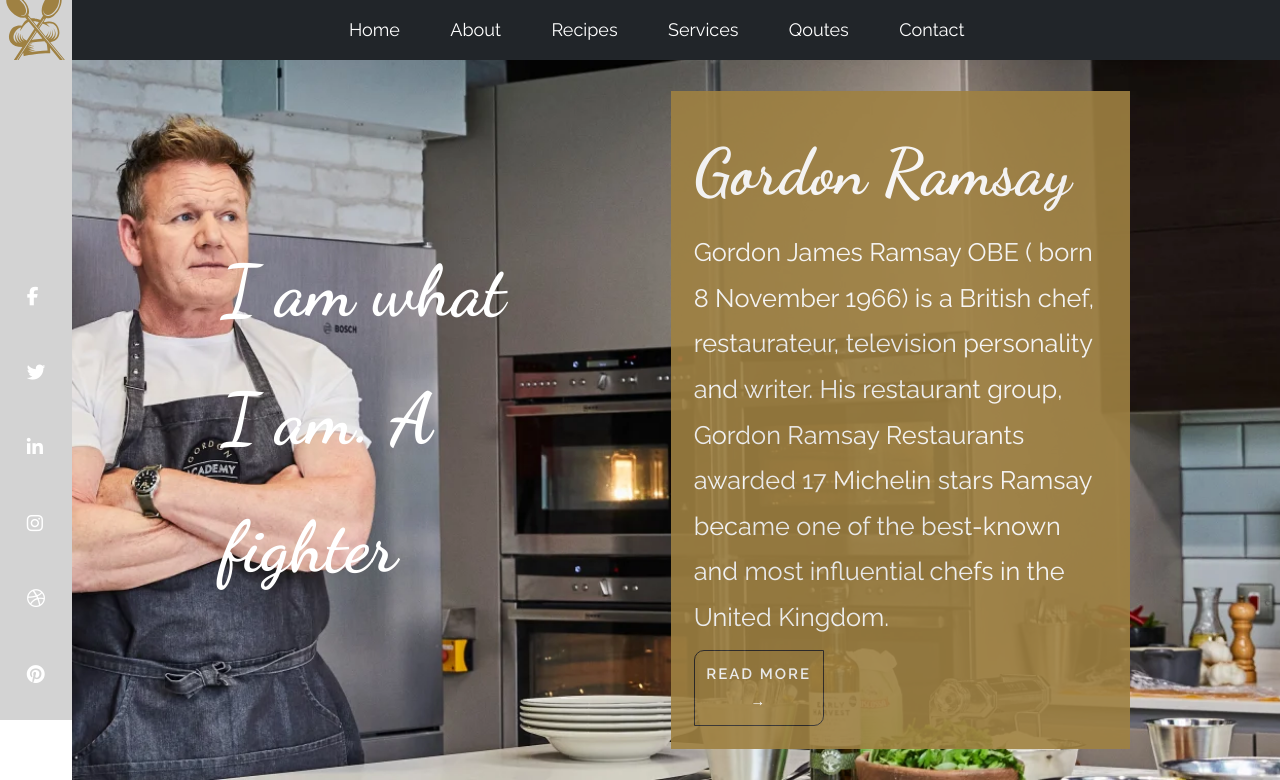
Repository: Esraa22M/Gordon-Ramsay-Biography
Page: index.html
The author's editor kept a copy of each file at every save. The page is drawn from the files as they stood at one save, then again after the next save.
The browser window is 1280 px wide. The pictures show the whole page.
Backgrounds fixed to the window are drawn as part of the page. Some web libraries are served in a nearby version.

Above is the page before, as saved 2022-12-13 16:40:10.

### index.html
<!DOCTYPE html>
<html lang="en">

<head>
    <meta charset="UTF-8">
    <meta http-equiv="X-UA-Compatible" content="IE=edge">
    <meta name="viewport" content="width=device-width, initial-scale=1.0">
    <title>Gordon-Ramsay-Biography
    </title>
    <!-- google fonts -->
    <link rel="preconnect" href="https://fonts.googleapis.com">
    <link rel="preconnect" href="https://fonts.gstatic.com" crossorigin>
    <link
        href="https://fonts.googleapis.com/css2?family=Dancing+Script:wght@400;500;600;700&family=Raleway:ital,wght@0,100;0,200;0,300;0,400;0,500;0,600;0,700;0,800;0,900;1,100;1,200;1,300;1,400;1,500;1,600;1,700;1,800;1,900&display=swap"
        rel="stylesheet">
    <link href="https://fonts.googleapis.com/css2?family=Dancing+Script:wght@400;500;600;700&display=swap"
        rel="stylesheet">

    <!-- external style -->
    <link rel="stylesheet" href="style.css" />
    <!-- fontawsome -->
    <script src="https://kit.fontawesome.com/8684e53235.js" crossorigin="anonymous"></script>
    <!-- scripts -->
    <script src="main.js" defer></script>
</head>

<body>
    <!-- Asidebar Nav-->
    <aside id="aside-nav">
        <div class="aside--nav__content">
            <img src="./img/chef-logo.svg" alt="side Navbar logo" class="aside--nav__content__logo">

            <nav class="aside-nav__content__nav" role="side nav">
                <ul class="aside--nav__content__nav--social">
                    <li><a href="#"><i class="fab fa-facebook-f"></i></a></li>
                    <li><a href="#"><i class="fab fa-twitter"></i></a></li>
                    <li><a href="#"><i class="fab fa-linkedin-in"></i></a></li>
                    <li><a href="#"><i class="fab fa-instagram"></i></a></li>
                    <li><a href="#"><i class="fab fa-dribbble"></i></a></li>
                    <li><a href="#"><i class="fa-brands fa-pinterest"></i></a></li>
                </ul>
            </nav>
        </div>
    </aside>
    <!-- Main Content -->
    <main>
        <header id="header">
            <div class="primary-nav-container">
                <!-- hamburger icon -->
                <div class="header__primary-nav--hamburger">
                    <div class="line line-1"></div>
                    <div class="line line-2"></div>
                    <div class="line line-3"></div>
                </div>
                <!-- Primary Nav -->
                <nav id="header__primary-nav">

                    <ul class="header__primary-nav-links">
                        <li class="header__primary-nav-links--link-item"><a href="#"
                                class="header__primary-nav--nav-link">Home</a></li>
                        <li class="header__primary-nav-links--link-item"><a href="#"
                                class="header__primary-nav--nav-link">About</a></li>
                        <li class="header__primary-nav-links--link-item"><a href="#"
                                class="header__primary-nav--nav-link">Recipes</a></li>
                        <li class="header__primary-nav-links--link-item"><a href="#"
                                class="header__primary-nav--nav-link">Services</a></li>
                        <li class="header__primary-nav-links--link-item"><a href="#"
                                class="header__primary-nav--nav-link">Qoutes</a></li>
                        <li class="header__primary-nav-links--link-item"><a href="#"
                                class="header__primary-nav--nav-link">Contact</a></li>
                    </ul>
                </nav>
            </div>
        </header>
        <!-- hero section -->
        <section id="show-case">
            <h1 class="show-case__word">I am what I am. A fighter</h1>
            <div class="show-case__content">
                <h1 class="show-case__content-title"> Gordon Ramsay
                </h1>
                <p class="show-case__content--bio">Gordon James Ramsay OBE ( born 8 November 1966) is a British chef,
                    restaurateur, television personality and
                    writer. His restaurant group, Gordon Ramsay Restaurants awarded 17
                    Michelin stars
                    Ramsay became one of the best-known and most influential chefs in the United Kingdom.
                </p>
                <a href="#" class="show-case__content--link">Read More &#8594
                </a>
            </div>
        </section>
    </main>
</body>

</html>

### style.css
*,
*::after,
*::before {
  box-sizing: border-box;
  margin: 0;
  padding: 0;
}
/* utility components */
:root {
  font-size: 62.5%;
  /* colors */
  --clr-neutral-200: rgb(47, 45, 45);
  --clr-neutral-100: #212529;
  --clr-light: #ffff;
  --clr-primary: rgb(159, 129, 66);
  --ff-primary: "Raleway", sans-serif;

  --ff-secondary: "Dancing Script", cursive;
}
body {
  font-family: var(--ff-primary);
  line-height: 1.8;
  display: flex;
  width: 100vw;
}
ul {
  list-style: none;
}
a:link,
a:visited {
  text-decoration: none;
  cursor: pointer;
  color: var(--clr-light);
}
/* -------------------Main Styling-------*/

/* ---side nav-- */
#aside-nav {
  position: sticky;
  top: 0;
  left: 0;
  height: 100vh;
}
.aside--nav__content {
  height: 100vh;
  display: flex;
  flex-direction: column;
  justify-content: space-between;
  background-color: lightgray;
  align-items: center;
}
.aside--nav__content__logo {
  width: calc(3vw + 3vh);
  height: calc(3vw + 3vh);
  object-fit: cover;
}
.aside-nav__content__nav {
  height: 100%;
  display: flex;
  flex-direction: column;
  align-items: center;
  padding: calc(0.3em + 0.4vw);
  justify-content: flex-end;
}
.aside--nav__content__nav--social {
  list-style: none;
}

.aside--nav__content__nav--social a i {
  font-size: calc(1rem + 0.666vw);
  color: var(--clr-light);
  margin: calc(2rem + 0.666vw) calc(1rem + 0.666vw);
  transition: color 0.3s cubic-bezier(0.075, 0.82, 0.165, 1);
}

.aside--nav__content__nav--social a i:hover,
.aside--nav__content__nav--social a i:focus-within,
.aside--nav__content__nav--social a i:active {
  color: var(--clr-primary);
}
/* Main content */
main {
  flex: 1;
}
/* ---Primary Nav ---*/
header#header {
  background-color: var(--clr-neutral-100);
  width: 100%;
}
:where(#header__primary-nav) {
  height: calc(3vw + 3vh);
  width: 100%;
}
.header__primary-nav-links {
  display: flex;
  height: 100%;
  justify-content: center;
  align-items: center;
}
.header__primary-nav-links .header__primary-nav-links--link-item {
  padding-right: 3vw;
}
.header__primary-nav--nav-link {
  font-size: 1.8rem;
  text-transform: capitalize;
  position: relative;
  padding: 0.2rem 0.6rem;
}
.header__primary-nav--nav-link:link::before,
.header__primary-nav--nav-link:visited::before,
.header__primary-nav--nav-link:link::after,
.header__primary-nav--nav-link:visited::after {
  content: "";
  position: absolute;
  left: 0;
  width: 100%;
  height: 0.25rem;
  background-color: var(--clr-primary);
  transform: scaleX(0);
  transition: transform 0.6s cubic-bezier(1, 0, 0, 1);
}
.header__primary-nav--nav-link:link::before,
.header__primary-nav--nav-link:visited::before {
  top: 0;
  transform-origin: right;
}
.header__primary-nav--nav-link:link::after,
.header__primary-nav--nav-link:visited::after {
  bottom: 0;
  transform-origin: left;
}
.header__primary-nav--nav-link:hover::before,
.header__primary-nav--nav-link:active::before,
.header__primary-nav--nav-link:hover::after,
.header__primary-nav--nav-link:active::after {
  transform: scaleX(1);
}
/*-------------showcase section---------------*/
section#show-case {
  background-image: url("./img/GRA_Gordon_010921.webp");
  background-size: cover;
  object-fit: cover;
  background-attachment: fixed;
  background-position: center;
  height: 100vh;
  color: var(--clr-light);
  display: flex;
  justify-content: space-evenly;
  align-items: center;
}
.show-case__content {
  background-color: var(--clr-primary);
  opacity: 0.9;
  padding: calc(1rem + 1vw);
  min-height: calc(5rem + 20vmax);
  width: calc(5rem + 32vmax);
  display: flex;
  flex-direction: column;
  justify-content: space-between;
  animation: hero 2s ease-in-out;
}
@keyframes hero{
  0%{
    transform:  translateX(-60rem) rotate(369deg);
    opacity: 0;
  }
  100%{
    transform: translateX(0);
    opacity: 1;
  }
}
.show-case__word {
  width: 30rem;
  font-size: calc(2rem + 4vw);
}
.show-case__content-title {
  font-size: calc(2rem + 3.5vw);
}
.show-case__content-title,
.show-case__word {
  font-family: var(--ff-secondary);
}
.show-case__content--bio {
  font-size: calc(1.25rem + 1vw);
}
.show-case__content--link:visited,
.show-case__content--link:link {
  padding: 1rem  0.5rem;
  transition: all 0.5s ease-in-out;
  width: 13rem;
  text-align: center;
    margin-top: 1rem;

  text-transform: uppercase;
  font-size: 1.5rem;
  position: relative;
  border: 1px solid var(--clr-neutral-200);
  border-bottom-right-radius: 1rem 1rem;
  border-top-left-radius: 1rem 1rem;
  font-weight: 600;
  letter-spacing: 0.2rem;
}
.show-case__content--link:visited::after,
.show-case__content--link:link::after {
  content: "";
  position: absolute;
  z-index: -2;
  inset: 0;
  background-color: var(--clr-neutral-200);
  transform: scaleX(0);
  transform-origin: right;
  transition: transform 0.4s;
}
.show-case__content--link:visited:hover,.show-case__content--link:link:hover
{
  border-radius: unset;
  border: unset;
}
.show-case__content--link:hover::after,
.show-case__content--link:active::after {
  transform: scaleX(1);
    transform-origin: left;

}
@media screen and (max-width: 950px) { /*showcase section**/
    section#show-case {
    background-image: url(./img/GRA_Gordon.png);
    justify-content: space-evenly;
    align-items: center;
    flex-direction: column;
  }
}
/* max width (610px) */
@media screen and (max-width: 610px) {
  .primary-nav-container {
    position: relative;
  }
  :where(#header__primary-nav) {
    width: 30rem;
    height: 100%;
    position: fixed;
    background-color: var(--clr-neutral-200);
    top: 0;
    right: 0;
    z-index: 100;
    opacity: 0;
    text-align: center;
  }
  .main__nav--position {
    opacity: 1;
  }
  .header__primary-nav-links {
    flex-direction: column;
    align-items: flex-start;
  }

  /* .header__primary-nav-links::after {
    content: "";
    position: absolute;
    height: 50%;
    width: 50%;
    opacity: 0.8;
    z-index: -1;
    border-radius: 10px 5% / 20px 25em 30px 35em;

    background-color: var(--clr-neutral-100);
    box-shadow: 0 0 0.3rem 0.1rem var(--clr-primary);
    left: 2rem;
  } */

  .header__primary-nav-links :where(.header__primary-nav-links--link-item) {
    margin-bottom: 4vh;
    margin-left: 6vw;
    opacity: 0;
  }

  .header__primary-nav--hamburger {
    width: 5rem;
    height: 5rem;
    position: fixed;
    z-index: 200;
    top: 2rem;
    right: 3rem;
    background-color: var(--clr-neutral-200);
    cursor: pointer;
    border-radius: 50%;
    padding: 1rem;
    display: flex;
    flex-direction: column;
    justify-content: space-around;
  }
  .line {
    width: 100%;
    height: 0.3rem;
    background-color: var(--clr-light);
    border-radius: 0.2rem;
    transition: all 0.4s ease-in-out;
  }
  .primary-nav-container[aria-expanded="true"] .line-1 {
    transform: rotateZ(-405deg) translate(-1.25rem);
  }
  .primary-nav-container[aria-expanded="true"] .line-2 {
    opacity: 0;
  }
  .primary-nav-container[aria-expanded="true"] .line-3 {
    transform: rotateZ(45deg) translate(-1.5rem);
  }
  .fade {
    opacity: 1;
  }
    section#show-case {
    align-items: center;
    background-position: 10%;
  }
}

### main.js
/*----------primary nav------------*/
const mainNavContainer = document.querySelector(".primary-nav-container");
const hamburgerContainer = document.querySelector("#header__primary-nav");
const hamburger = document.querySelector(".header__primary-nav--hamburger");
const links = document.querySelectorAll(".header__primary-nav-links li");
let handleMainNavbarExpantion = function () {
  hamburgerContainer.classList.contains("main__nav--position")
    ? mainNavContainer.setAttribute("aria-expanded", false)
    : mainNavContainer.setAttribute("aria-expanded", true);
  hamburgerContainer.classList.toggle("main__nav--position");
  links.forEach((link, i) => {
    link.style.transition = `all 0.5s ease-in-out ${i * 0.2 + 0.2}s`;
    link.classList.toggle("fade");
  });
};
hamburger.addEventListener("click", handleMainNavbarExpantion);

Loaded but not shown: img/chef-logo.svg (8 lines, source omitted)

After the next save:
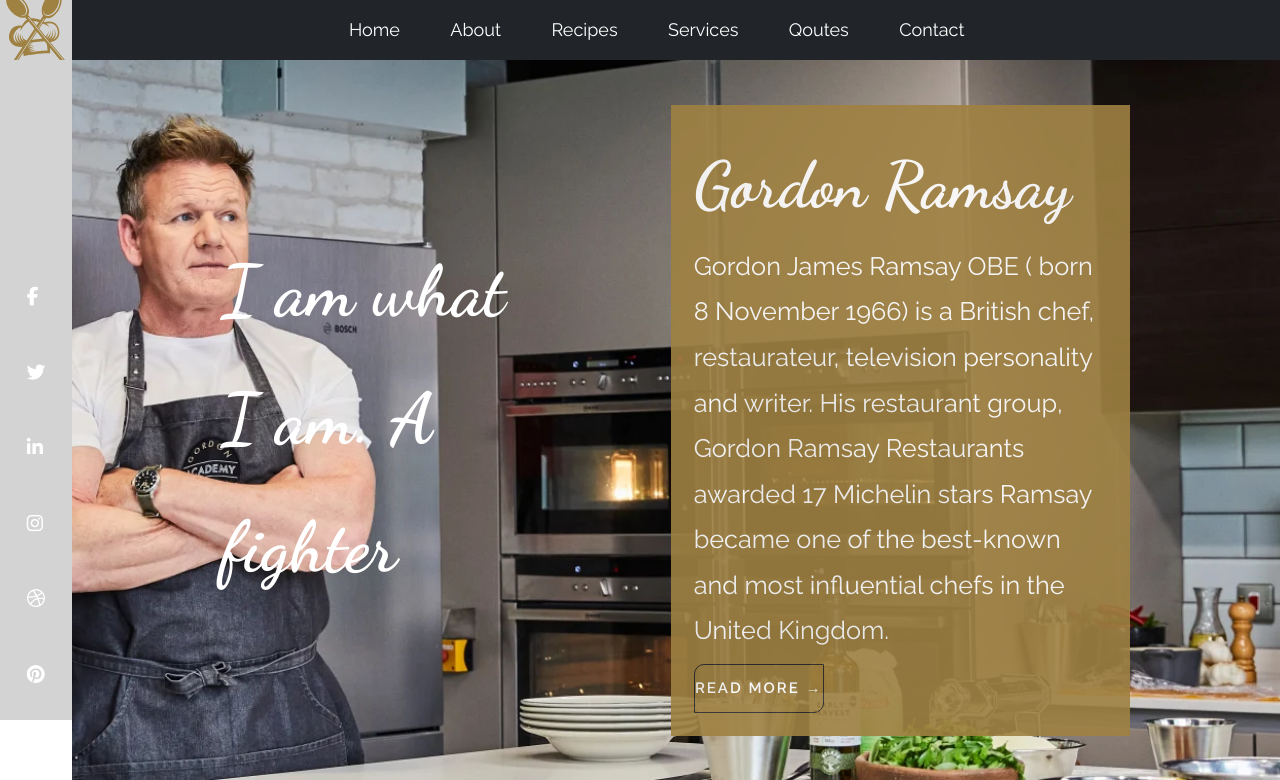
Saved 12 s later.
--- a/style.css
+++ b/style.css
@@ -185,7 +185,7 @@
 }
 .show-case__content--link:visited,
 .show-case__content--link:link {
-  padding: 1rem  0.5rem;
+  padding: 1rem  0;
   transition: all 0.5s ease-in-out;
   width: 13rem;
   text-align: center;
